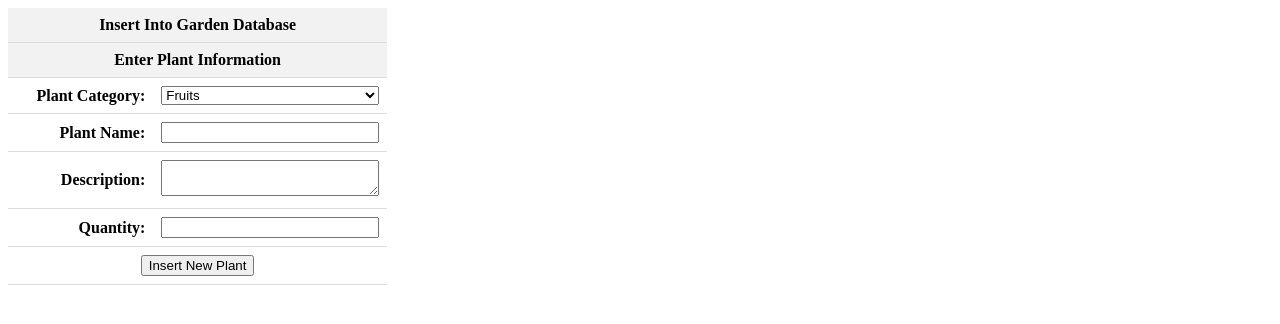
Repository: bkyncl/csd-430
Page: http://localhost/kyncl_08/form.jsp
The author's editor kept a copy of each file at every save. The page is drawn from the files as they stood at one save, then again after the next save.
The browser window is 1280 px wide. The pictures show the whole page.
The page is served by Tomcat 9.

Above is the page before, as saved 2023-07-04 06:13:31.

After the next save:
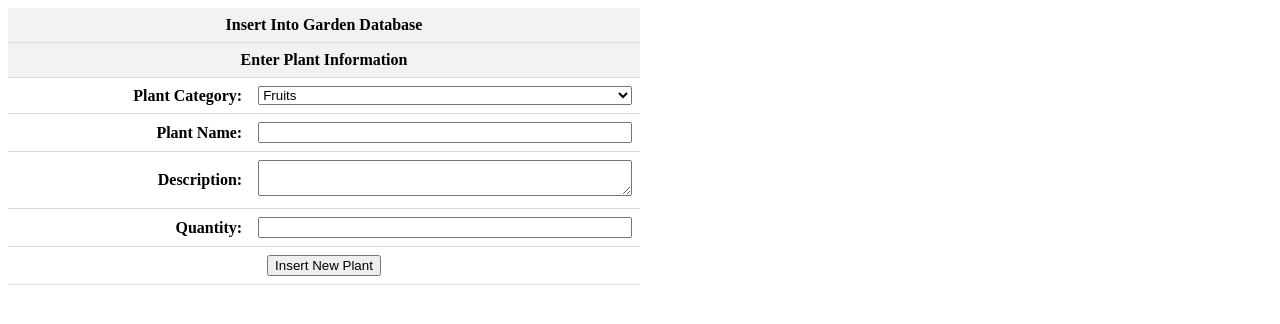
Saved 41 s later.
--- a/kyncl_08/src/main/webapp/form.jsp
+++ b/kyncl_08/src/main/webapp/form.jsp
@@ -8,7 +8,7 @@
 <style>
     table {
         border-collapse: collapse;
-        width: 30%;
+        width: 50%;
     }
     th, td {
         padding: 8px;
